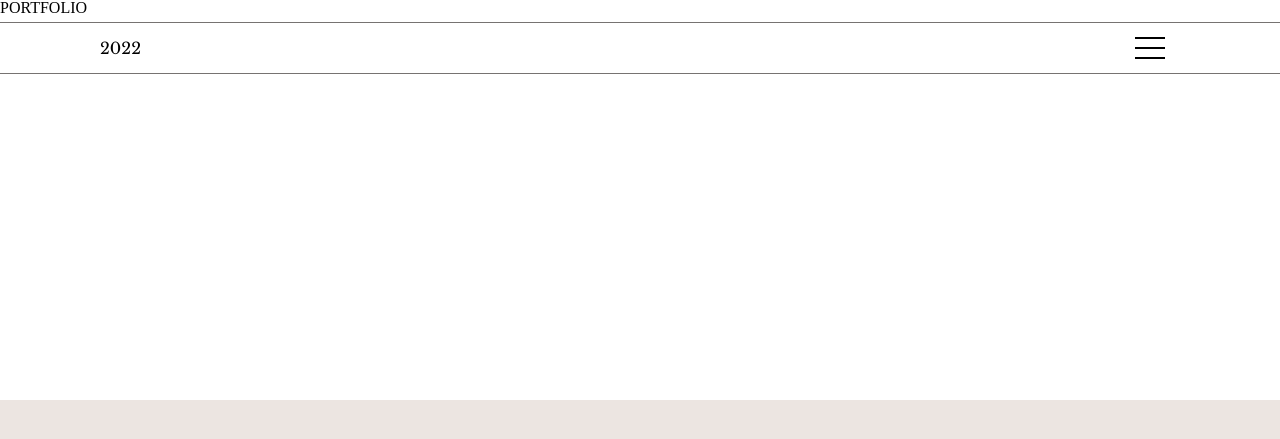
Repository: clsrnemfdml/portfolio_parksj_versiton1
Page: index.html
The author's editor kept a copy of each file at every save. The page is drawn from the files as they stood at one save, then again after the next save.
The browser window is 1280 px wide. The pictures show the whole page.

Above is the page before, as saved 2021-09-01 07:53:54.

After the next save:
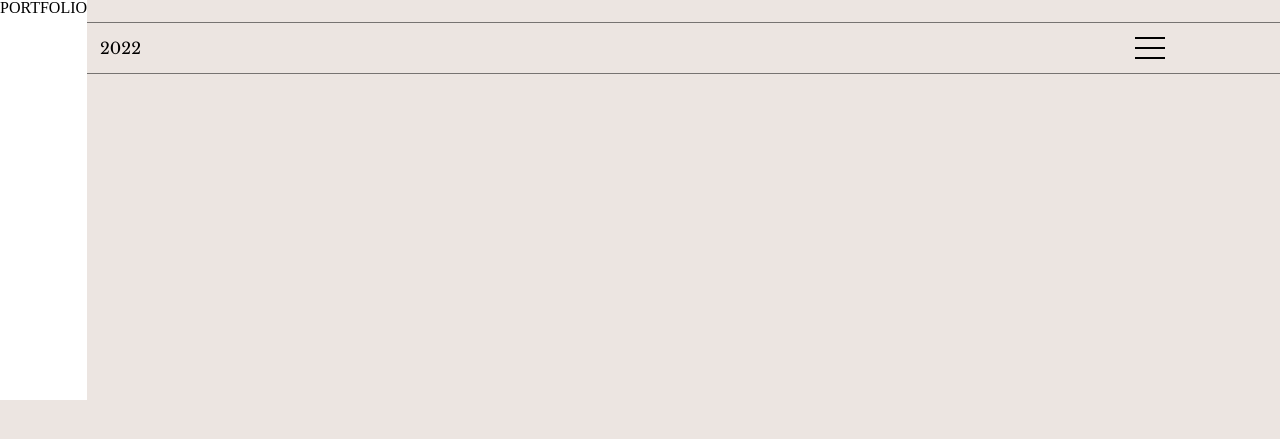
Saved 39 s later.
--- a/css/index.css
+++ b/css/index.css
@@ -42,5 +42,5 @@
     }
 
     #wrap #section1 .content{
-        height: 400px; background: white;
+        height: 400px; background: white; position: absolute;
     }
